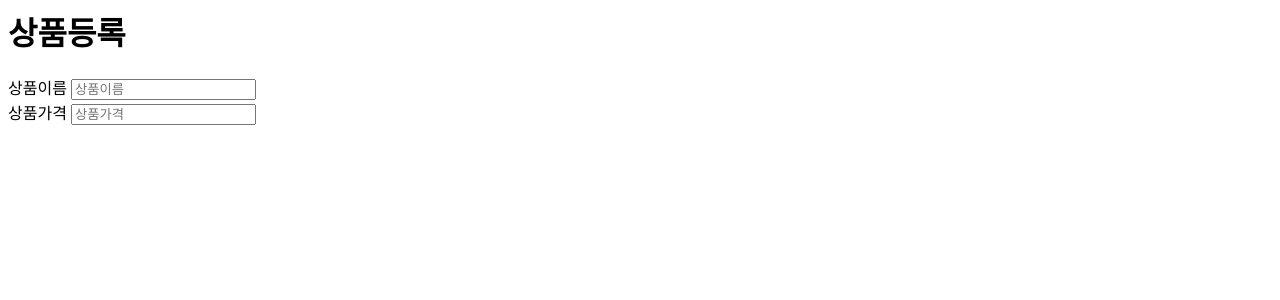
Repository: gwangso/web
Page: http://localhost/ex02/pro/insert.jsp
The author's editor kept a copy of each file at every save. The page is drawn from the files as they stood at one save, then again after the next save.
The browser window is 1280 px wide. The pictures show the whole page.
The page is served by Tomcat 9.

Above is the page before, as saved 2023-07-25 02:22:08.

After the next save:
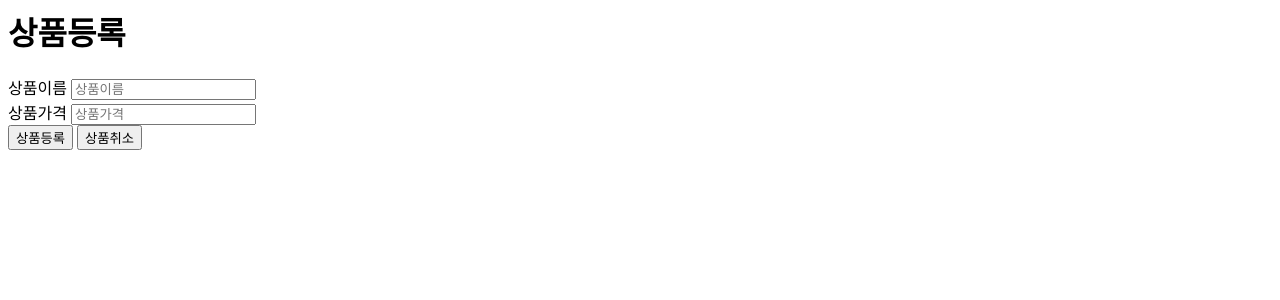
Saved 57 s later.
--- a/ex02/src/main/webapp/pro/insert.jsp
+++ b/ex02/src/main/webapp/pro/insert.jsp
@@ -13,6 +13,10 @@
 				<span class="input-group-text">상품가격</span>
 				<input class="form-control" placeholder="상품가격">
 			</div>
+			<div>
+				<input type="submit" value="상품등록">
+				<input type="reset" value="상품취소">
+			</div>
 		</form>
 	</div>
 </div>
